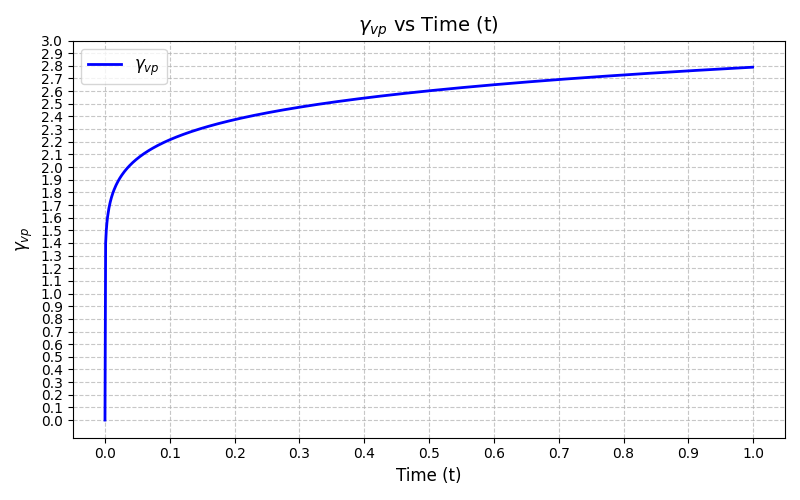
Repository: ajacquey/beaver
Script's output: python examples/viscoelasticity/Lemaitre/Lemaitre_analytical/Lemaitre_analytical.py
An editor plug-in stored every save of this project. The script's output is shown before and after the next save, followed by the edit.
Random numbers start from a fixed seed.

Above is the script's output before, as saved 2025-05-28 18:14:37.

After the next save:
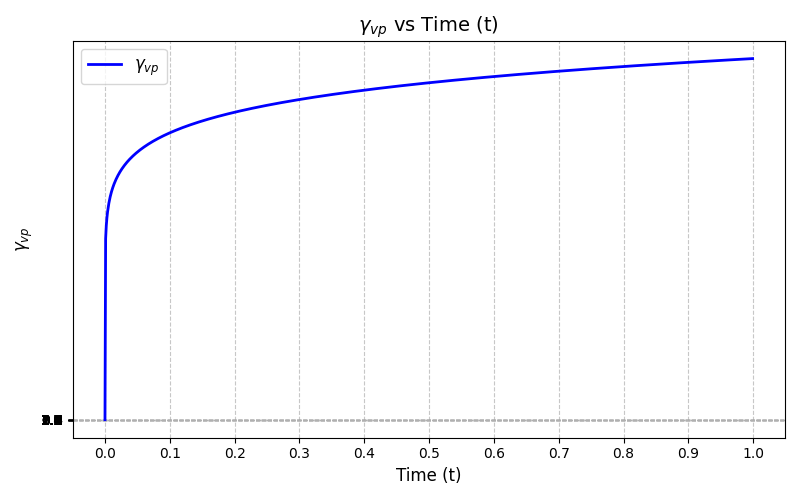
Saved 73 s later.
--- a/examples/viscoelasticity/Lemaitre/Lemaitre_analytical/Lemaitre_analytical.py
+++ b/examples/viscoelasticity/Lemaitre/Lemaitre_analytical/Lemaitre_analytical.py
@@ -2,7 +2,7 @@ import numpy as np
 import matplotlib.pyplot as plt
 import csv
 
-def calculate_gamma_vp(t, A_r=1, T_r=289, T=289, q=2, A_2=1, alpha=0.1, beta=1.48):
+def calculate_gamma_vp(t, A_r=1, T_r=289, T=289, q=2e6, A_2=1, alpha=0.1, beta=1.48):
     """Calculate the analytical solution for gamma_vp"""
     exponent = A_r * ((1 / T_r) - (1 / T))
     numerator = alpha * np.exp(exponent)
